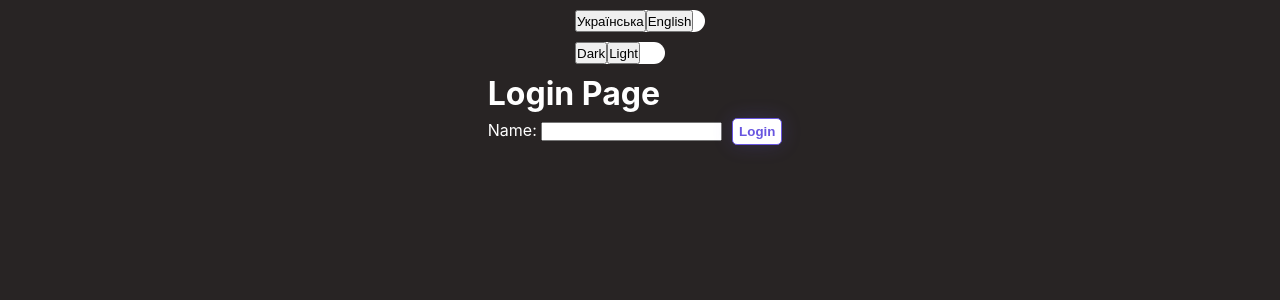
Repository: Novoselets28/star-wars-hooks
Page: /people
These files come from the project's save history. The page is drawn as it stood at one moment and after the next save; the edit follows.
The browser window is 1280 px wide. The pictures show the whole page.
The project was rebuilt for these pictures with package versions that can differ from the ones it lists, and the page was loaded fresh each time. Also part of the build but not shown: src/components/HomePage.jsx, src/components/People/CurrentPeople.jsx, src/components/People/PeopleList.jsx, src/components/People/People.jsx, src/components/Planets/CurrentPlanet.jsx, src/components/Planets/PlanetsList.jsx, src/components/Planets/Planets.jsx, src/components/Starships/CurrentStarship.jsx and 4 more.

Above is the page before, as saved 2023-03-27 19:49:54.

After the next save:
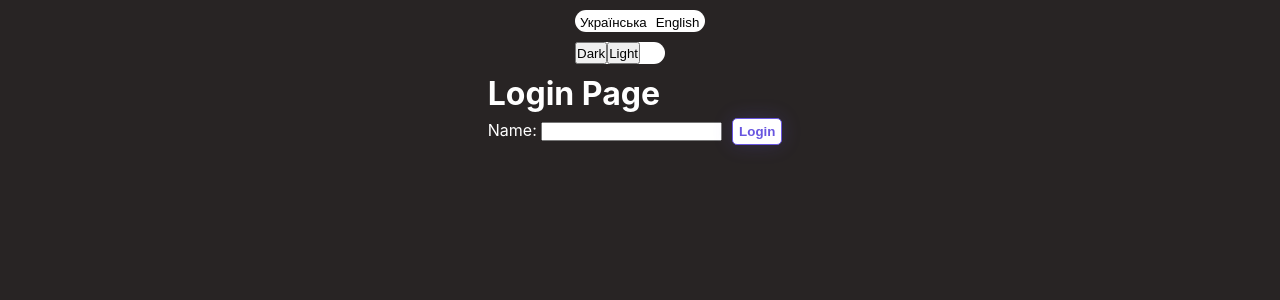
Saved 20 s later.
--- a/src/components/Header.jsx
+++ b/src/components/Header.jsx
@@ -16,8 +16,8 @@ function Header() {
   return (
     <div>
       <div className="button-box-lang">
-        <button className={language==="ukr" ? "active" : ""} onClick={()=>setLanguage("ukr")}>Українська</button>
-        <button className={language==="eng" ? "not-active" : ""} onClick={()=>setLanguage("eng")}>English</button>
+        <button className={language==="ukr" ? "active" : "not-active"} onClick={()=>setLanguage("ukr")}>Українська</button>
+        <button className={language==="eng" ? "active" : "not-active"} onClick={()=>setLanguage("eng")}>English</button>
       </div>
       <div className="button-box-theme">
         <button className={theme==="light" ? "dark" : ""} onClick={()=>setTheme("dark")}>Dark</button>
